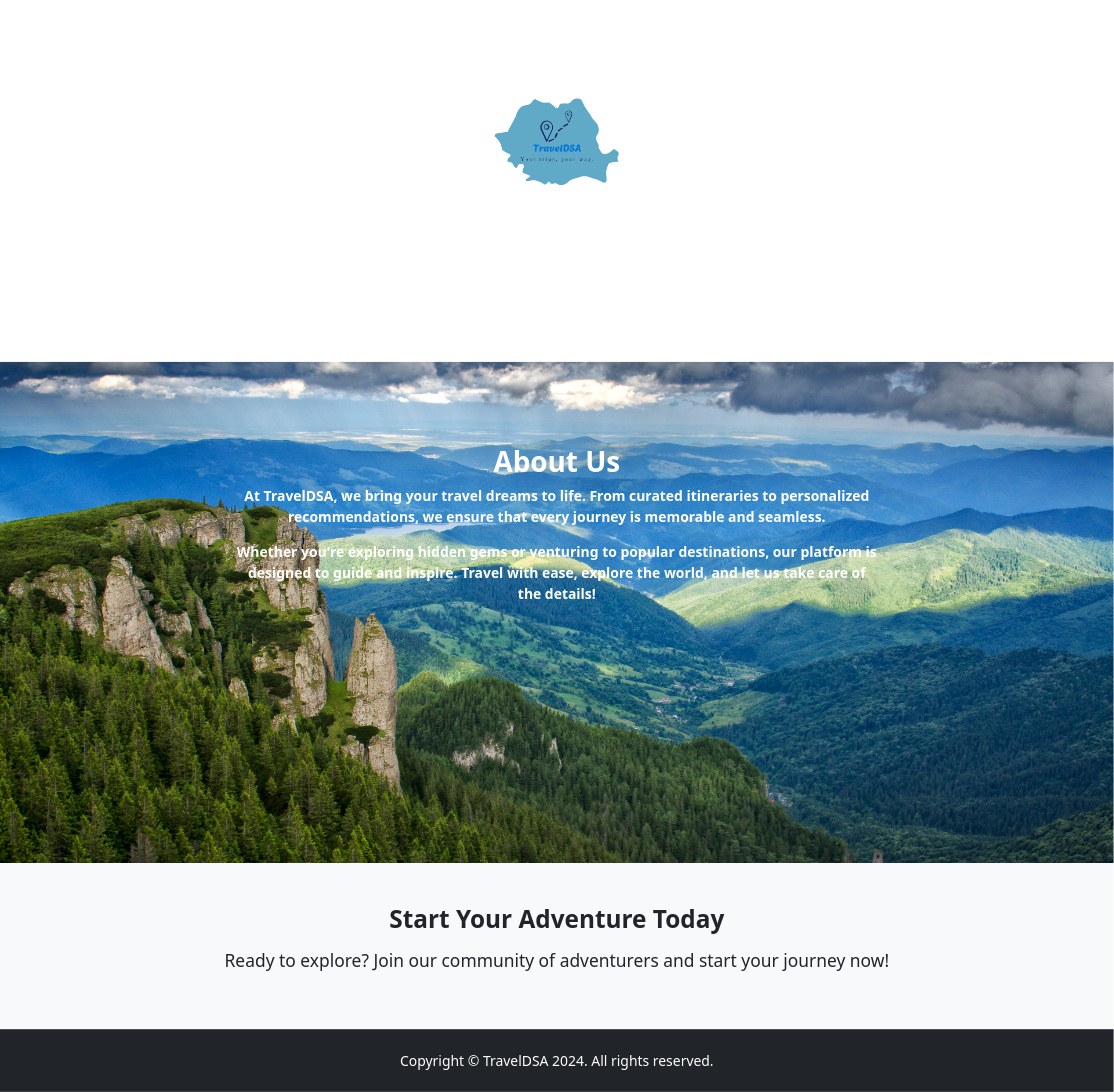
Repository: bettowww/TravelDSA
Page: /home
An editor plug-in stored every save of this project. The page is shown before and after the next save, followed by the edit.
The browser window is 1280 px wide. The pictures show the whole page, at 87% of full size.
The project was rebuilt for these pictures with package versions that can differ from the ones it lists, and the page was loaded fresh each time. The framework's server and built-in components were replaced by stand-ins that run in the browser. Also part of the build but not shown: next.config.mjs.

Above is the page before, as saved 2024-12-10 13:53:03.

After the next save:
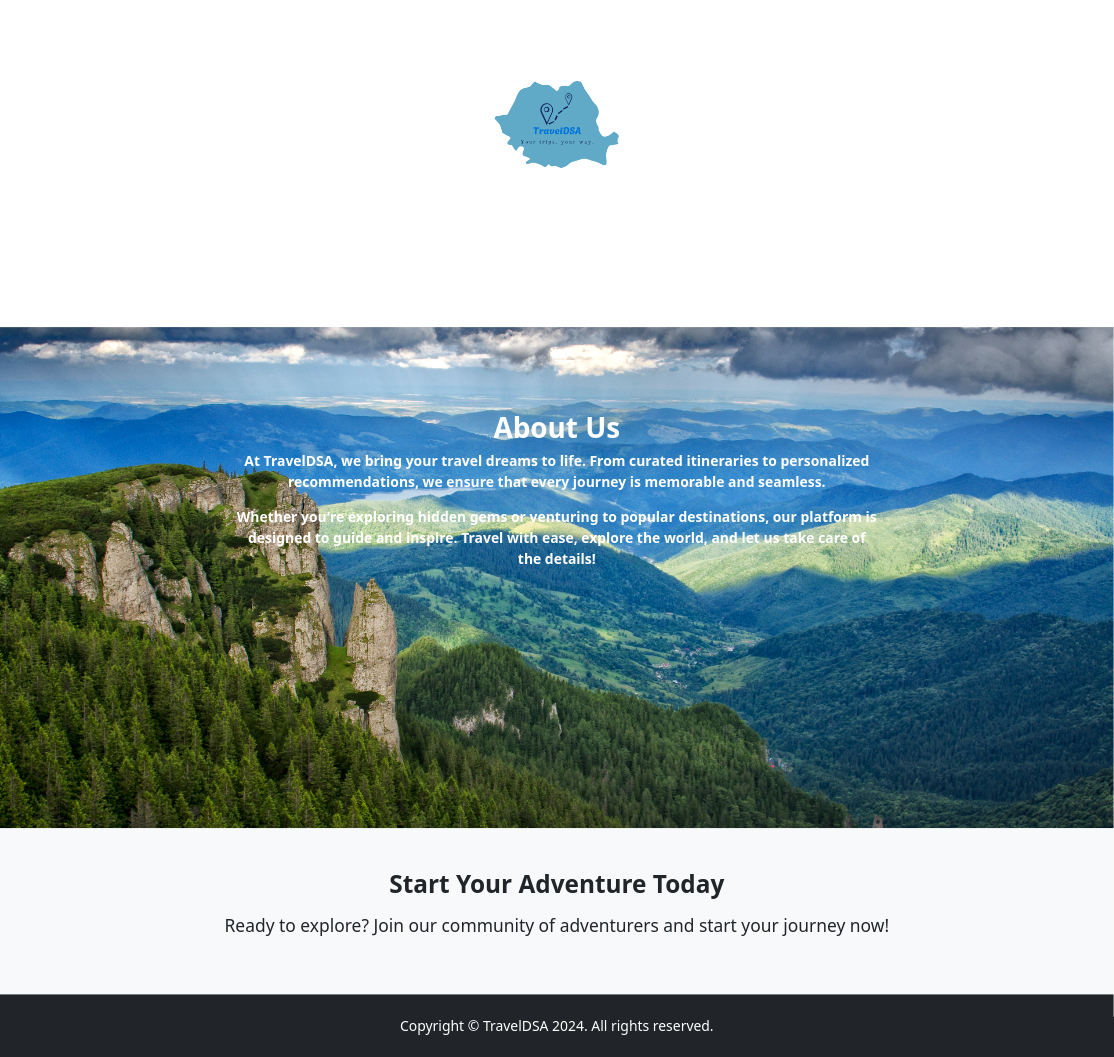
Saved 6 s later.
--- a/app/home/page.jsx
+++ b/app/home/page.jsx
@@ -12,7 +12,7 @@ const HomePage = () => {
   return (
     <div>
       {/* Header Section */}
-      <header style={{ padding: "40px 0", backgroundColor: "var(--color-darkblue1)" }}>
+      <header style={{ padding: "20px 0", backgroundColor: "var(--color-darkblue1)" }}>
         <div className="text-center my-5">
           <img
             className="img-fluid rounded-circle mb-4"
